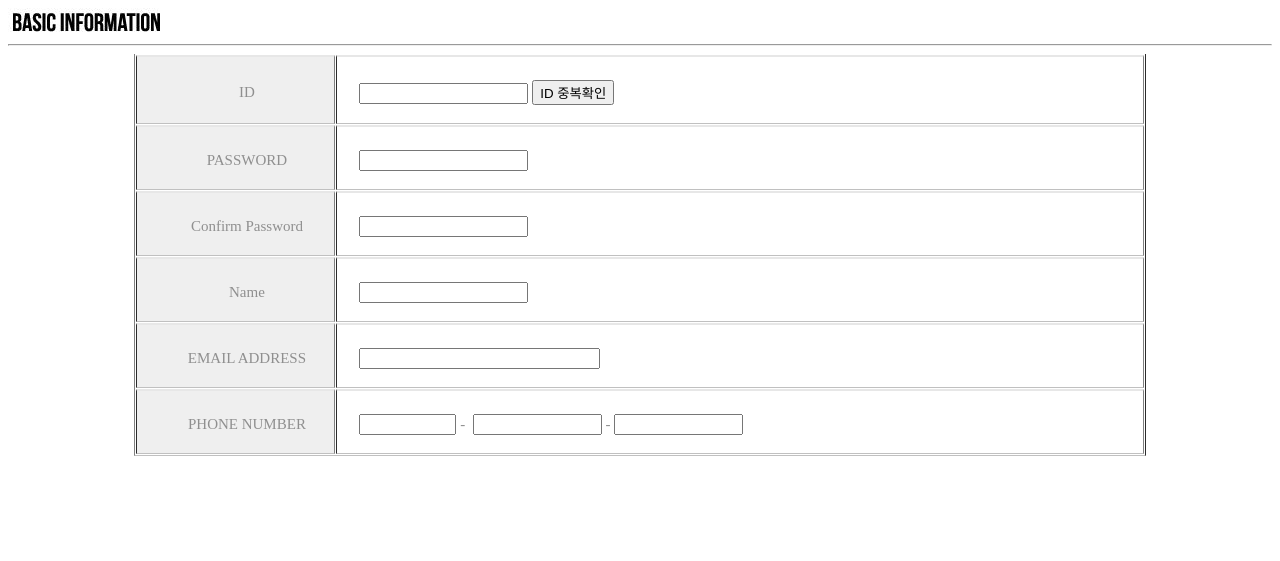
Repository: kminjoo/Making-website-using-JSP
Page: http://localhost/website_project/Register.jsp
These files come from the project's save history. The page is drawn as it stood at one moment and after the next save; the edit follows.
The browser window is 1280 px wide. The pictures show the whole page.
The page is served by Tomcat 9.

Above is the page before, as saved 2015-07-21 14:14:15.

After the next save:
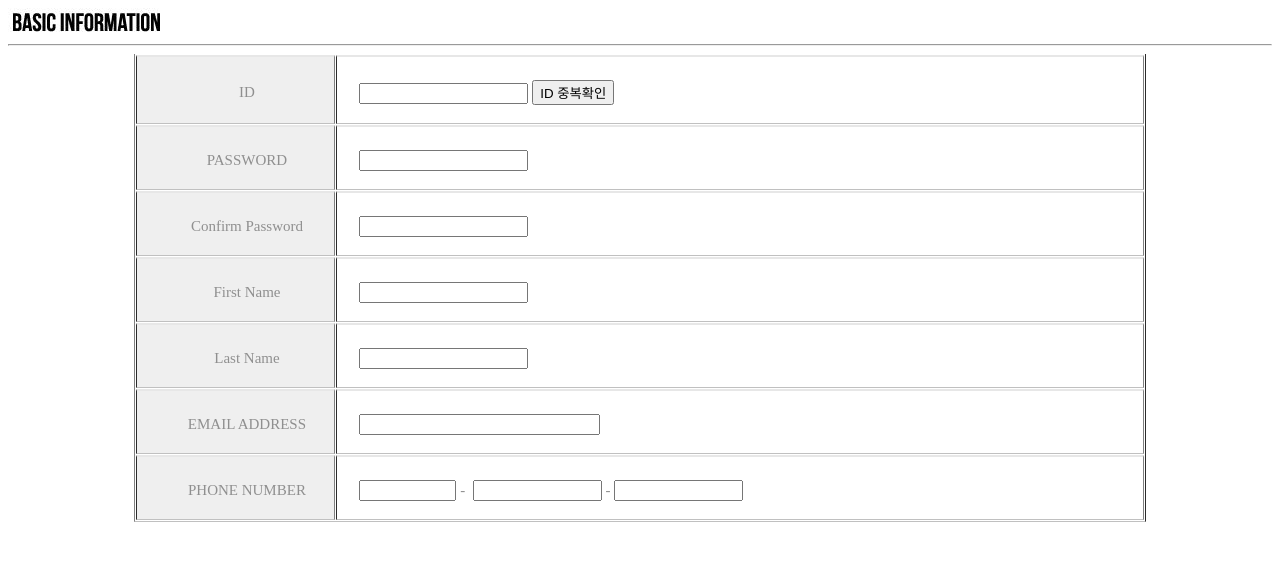
Saved 84 s later.
--- a/website_project/WebContent/Register.jsp
+++ b/website_project/WebContent/Register.jsp
@@ -25,11 +25,15 @@
 	</tr>
 	<tr>
 		<td width="13%" align="center" bgcolor="#EFEFEF">Confirm Password</td>
-		<td width="60%"><input type="password" name="mem_passwd" size="18">
+		<td width="60%"><input type="password" name="mem_repasswd" size="18">
 	</tr>
 	<tr>
-		<td width="13%" align="center" bgcolor="#EFEFEF">Name</td>
-		<td width="60%"><input type="text" name="mem_name" size="18">
+		<td width="13%" align="center" bgcolor="#EFEFEF">First Name</td>
+		<td width="60%"><input type="text" name="mem_firstname" size="18"></td>
+	</tr>
+	<tr>
+		<td width="13%" align="center" bgcolor="#EFEFEF">Last Name</td>
+		<td width="60%"><input type="text" name="mem_lastname" size="18"></td>
 	</tr>
 	<tr>
 		<td width="13%" align="center" bgcolor="#EFEFEF">EMAIL ADDRESS</td>
